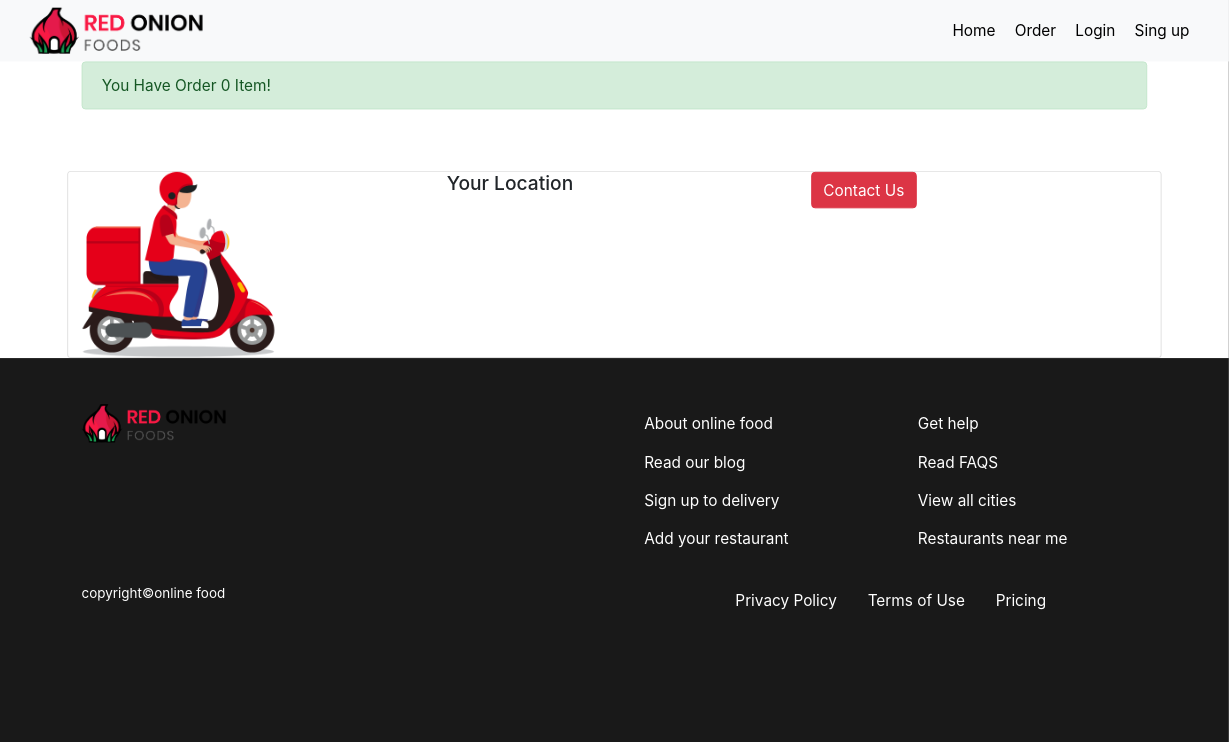
Repository: arif286/red-onion-client
Page: /order
An editor plug-in stored every save of this project. The page is shown before and after the next save, followed by the edit.
The browser window is 1280 px wide. The pictures show the whole page, at 96% of full size.
The page's requests for data from a server got no answer. The project was rebuilt for these pictures with package versions that can differ from the ones it lists, and the page was loaded fresh each time. No one was signed in, and anything a server would have sent is missing. Also part of the build but not shown: src/App.css, src/components/CheckOut/CheckOut.css, src/components/CheckOut/CheckOutForm/CheckOutFrom.js, src/components/CheckOut/CheckOut.js, src/components/SearchBar/SearchBar.css, src/components/SearchBar/SearchBar.js, src/components/FoodDetails/FoodDetail.css, src/components/FoodDetails/FoodDetail.js and 12 more. Imported but missing from the stored project, and not drawn on this page: src/components/CheckOut/Map/Map.

Above is the page before, as saved 2021-04-06 04:41:14.

After the next save:
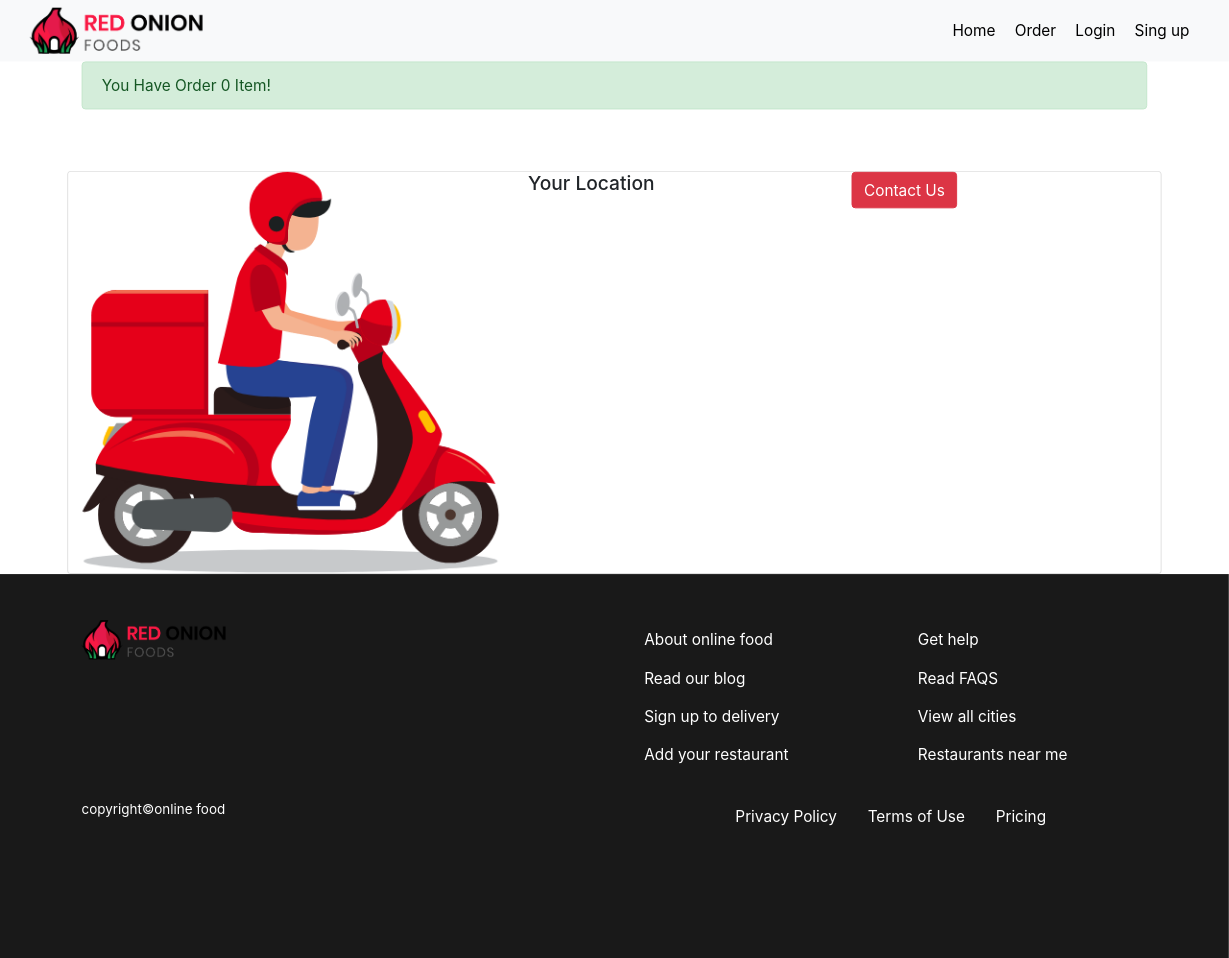
Saved 32 s later.
--- a/src/components/Order/Order.js
+++ b/src/components/Order/Order.js
@@ -39,7 +39,7 @@ const Order = () => {
         <Col>
           <Card className="row flex-row justify-content-around">
             <div className='col'>
-              <img style={{width:'200px'}} src={delivery} alt="" />
+              <img  src={delivery} alt="" />
             </div>
             <div className='col'>
               <h5>Your Location</h5>
